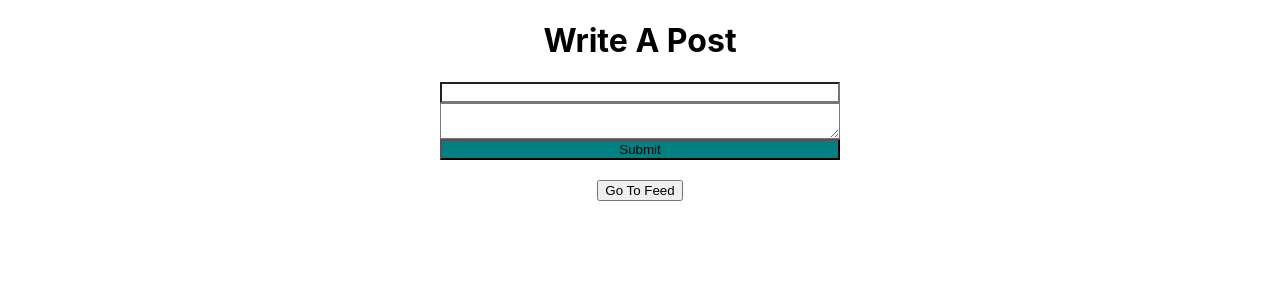
Repository: shaelorch/comp-week4
Page: /addPosts
An editor plug-in stored every save of this project. The page is shown before and after the next save, followed by the edit.
The browser window is 1280 px wide. The pictures show the whole page.
The project was rebuilt for these pictures with package versions that can differ from the ones it lists, and the page was loaded fresh each time. The framework's server and built-in components were replaced by stand-ins that run in the browser. Also part of the build but not shown: next.config.js.

Above is the page before, as saved 2023-01-31 23:09:17.

After the next save:
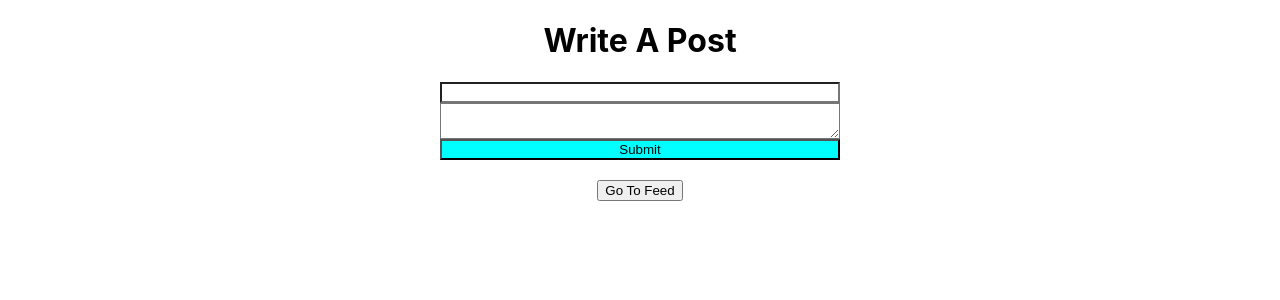
Saved 4 s later.
--- a/pages/addPosts.js
+++ b/pages/addPosts.js
@@ -20,7 +20,7 @@ export default function Home({posts}) {
           <textarea style={{backgroundColor:'white'}} value={content} onChange={(e) => setContent(e.target.value)} />
 
 
-            <button style={{backgroundColor:'teal'}} type="submit">Submit</button>
+            <button style={{backgroundColor:'aqua'}} type="submit">Submit</button>
         </form>
         <a href='/'>
             <button style={{display:'flex', marginTop:20}}>Go To Feed</button>
